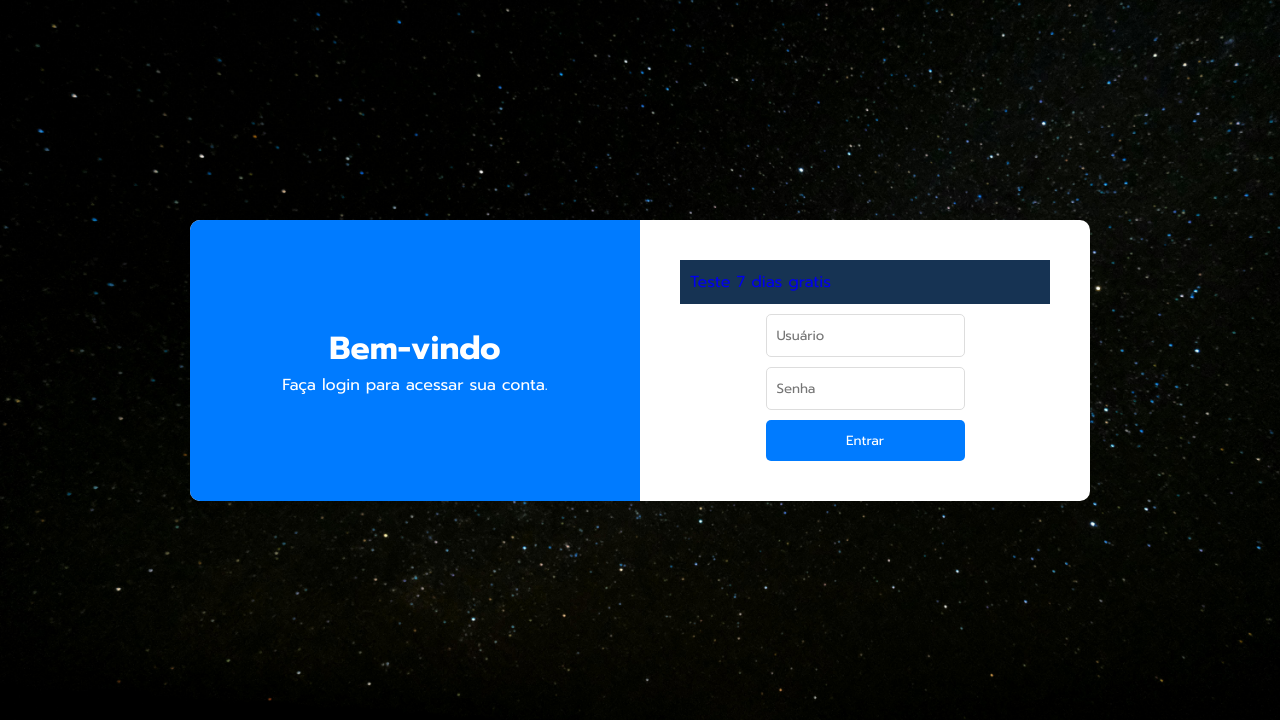
Repository: joao-paulo-paiva/tela-login
Page: index.html
The author's editor kept a copy of each file at every save. The page is drawn from the files as they stood at one save, then again after a run of saves.
The browser window is 1280 px wide. The pictures show the whole page.

Above is the page before, as saved 2025-04-15 11:13:37.

### index.html
<!DOCTYPE html>
<html lang="pt-br">
<head>
    <meta charset="UTF-8">
    <meta name="viewport" content="width=device-width, initial-scale=1.0">
    <title>Tela de Login</title>
    <link rel="stylesheet" href="style.css">
    <link rel="preconnect" href="https://fonts.googleapis.com">
    <link rel="preconnect" href="https://fonts.gstatic.com" crossorigin>
    <link href="https://fonts.googleapis.com/css2?family=DM+Sans:ital,opsz,wght@0,9..40,100..1000;1,9..40,100..1000&family=Montserrat:ital,wght@0,100..900;1,100..900&family=Prompt:ital,wght@0,100;0,200;0,300;0,400;0,500;0,600;0,700;0,800;0,900;1,100;1,200;1,300;1,400;1,500;1,600;1,700;1,800;1,900&display=swap" rel="stylesheet">
</head>
<body>
    <div class="container">
        <div class="esquerda">
            <h1>Bem-vindo</h1>
            <p>Faça login para acessar sua conta.</p>
        </div>
        <div class="direita">
            <a href="#" class="teste-gratis">Teste 7 dias gratis</a>
            <form action="#" method="POST">
                <input type="text" placeholder="Usuário" required>
                <input type="password" placeholder="Senha" required>
                <button type="submit">Entrar</button>
            </form>
        </div>
    </div>
</body>
</html>

### style.css
* {
    margin: 0;
    padding: 0;
    box-sizing: border-box;
    font-family: "Prompt", sans-serif;
}

body {
    display: flex;
    justify-content: center;
    align-items: center;
    height: 100vh;
    background-image: url(./imagens/pexels-francesco-ungaro-998641.jpg);
    background-size: cover;
    background-position: center;
    background-repeat: no-repeat;
}

.container {
    display: flex;
    width: 80%;
    max-width: 900px;
    background: white;
    border-radius: 10px;
    overflow: hidden;
}

.esquerda, .direita {
    width: 50%;
    padding: 40px;
}

.esquerda {
    background-color: #007bff;
    color: white;
    display: flex;
    flex-direction: column;
    justify-content: center;
    align-items: center;
}

.direita {
    display: flex;
    flex-direction: column;
    justify-content: center;
    align-items: center;
}

input {
    display: block;
    width: 100%;
    padding: 10px;
    margin: 10px 0;
    border: 1px solid #ddd;
    border-radius: 5px;
}
.teste-gratis{
    width: 100%;
    padding: 10px;
    background-color: #163353;
    text-decoration: none;
}
button {
    width: 100%;
    padding: 10px;
    background-color: #007bff;
    color: white;
    border: none;
    border-radius: 5px;
    cursor: pointer;
}

After the next 4 saves:
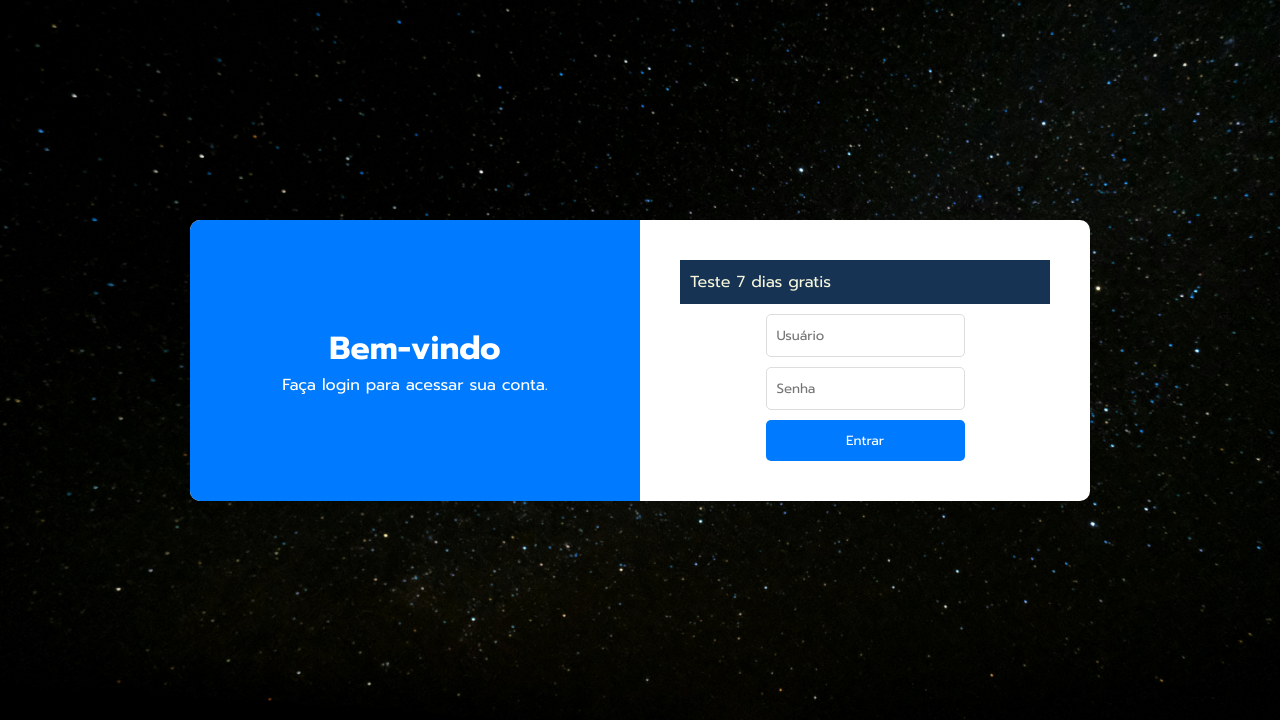
The 4 saves are shown as one change because they came seconds apart.
The last was saved 14 s later.
--- a/style.css
+++ b/style.css
@@ -59,6 +59,7 @@ input {
     padding: 10px;
     background-color: #163353;
     text-decoration: none;
+    color: beige;
 }
 button {
     width: 100%;
